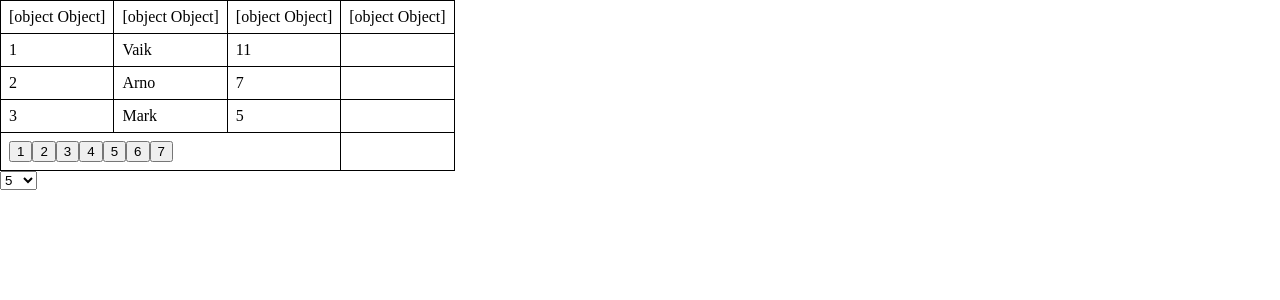
Repository: ArusyakAghajanyan/dataTable
Page: index.html
An editor plug-in stored every save of this project. The page is shown before and after a run of saves, followed by the edit.
The browser window is 1280 px wide. The pictures show the whole page.

Above is the page before, as saved 2022-08-08 23:24:17.

### index.html
<!DOCTYPE html>
<html lang="en">
<head>
    <meta charset="UTF-8">
    <meta http-equiv="X-UA-Compatible" content="IE=edge">
    <meta name="viewport" content="width=device-width, initial-scale=1.0">
    <link rel="stylesheet" href="./assets/css/style.css">
    <title>DataTable</title>
</head>
<body>
    <div class="data-table-container">


    </div>
    <script src="./assets/js/index.js" type="module"></script>
</body>
</html>

### assets/css/style.css
@import url("./reset.css");
@import url("./main.css");

### assets/js/index.js
import DataTable from './DataTable.js';

// const columns = ['id', 'name', 'age'];

const columnsObject = [
    {
        value: 'ID',
        dataIndex: 'id',
    },
    {
        value: 'Name',
        dataIndex: 'name',
    },
    {
        value: 'Age',
        dataIndex: 'age',
    },
    {
        value: 'Delete',
        dataIndex: 'delete',
    },
];


const data = [

{
    id: 1,
    name: 'Vaik',
    age: 11,
},
{
    id: 2,
    name: 'Arno',
    age: 7,
},
{
    id: 3,
    name: 'Mark',
    age: 5,
},
{
    id: 4,
    name: 'Alik',
    age: 110,
},
{
    id: 5,
    name: 'Alex',
    age: 70,
},
{
    id: 6,
    name: 'Marat',
    age: 50,
},
{
    id: 7,
    name: 'Vanik',
    age: 50,
},
{
    id: 8,
    name: 'Seroj',
    age: 21,
},
{
    id: 9,
    name: 'Stepan',
    age: 59,
},
{
    id: 10,
    name: 'Avag',
    age: 5,
},
{
    id: 11,
    name: 'Tigran',
    age: 15,
},
{
    id: 12,
    name: 'Berta',
    age: 79,
},
{
    id: 13,
    name: 'Karin',
    age: 53,
},
{
    id: 14,
    name: 'Hmayak',
    age: 18,
},
{
    id: 15,
    name: 'Hamest',
    age: 89,
},
{
    id: 16,
    name: 'Lilit',
    age: 65,
},
{
    id: 17,
    name: 'Lia',
    age: 45,
},
{
    id: 18,
    name: 'Lenur',
    age: 40,
},
{
    id: 19,
    name: 'Mher',
    age: 36,
},
{
    id: 20,
    name: 'Papin',
    age: 36,
}
];
const options = {
    dataCount: 5,
}


const dataTable = new DataTable(columnsObject,data,options);
const $dataTableContainer = document.querySelector('.data-table-container');
dataTable.createTable($dataTableContainer);
// Element.prototype.dataTable = function(){

// };
// const $table = document.querySelector('.data-table-container');

### assets/css/reset.css
html, body, div, span, applet, object, iframe,
h1, h2, h3, h4, h5, h6, p, blockquote, pre,
a, abbr, acronym, address, big, cite, code,
del, dfn, em, img, ins, kbd, q, s, samp,
small, strike, strong, sub, sup, tt, var,
b, u, i, center,
dl, dt, dd, ol, ul, li,
fieldset, form, label, legend,
table, caption, tbody, tfoot, thead, tr, th, td,
article, aside, canvas, details, embed,
figure, figcaption, footer, header, hgroup,
menu, nav, output, ruby, section, summary,
time, mark, audio, video {
  margin: 0;
  padding: 0;
  border: 0;
  font-size: 100%;
  font: inherit;
  vertical-align: baseline;
}
/* HTML5 display-role reset for older browsers */
article, aside, details, figcaption, figure,
footer, header, hgroup, menu, nav, section {
  display: block;
}
body {
  line-height: 1;
}
ol, ul {
  list-style: none;
}
blockquote, q {
  quotes: none;
}
blockquote:before, blockquote:after,
q:before, q:after {
  content: '';
  content: none;
}
table {
  border-collapse: collapse;
  border-spacing: 0;
}
a {
  text-decoration: none;
  color: inherit;
}
*, *::before, *::after {
  box-sizing: border-box;
}

### assets/css/main.css
table, tr, td, th {
border: solid 1px #000000;
}
table {
    border-collapse: collapse;
}
th, td{
    padding: 8px;
}

### assets/js/DataTable.js
class DataTable {
    constructor(columns = [], data = []) {
      this.columns = columns;
      this.data = data;
    }

    createTable() {
      const dataCount = 3;
      this.dataCount = dataCount;
      const $table = document.createElement('table');
      this.$table = $table;
      const $dataTableContainer = document.querySelector('.data-table-container');
      $dataTableContainer.appendChild($table);
      this.createThead();
      this.createTbody();
      this.renderData(dataCount);
      this.createPagination();
      this.createPageSelect();
    }

    createThead() {
      const $thead = document.createElement('thead');
      const $tr = document.createElement('tr');
      this.columns.forEach((column) => {
        const $th = document.createElement('th');
        $th.innerHTML = column;
        $tr.appendChild($th);
      });
      $thead.appendChild($tr);
      this.$table.appendChild($thead);
    }

    createTbody() {
      const $tbody = document.createElement('tbody');
      this.$tbody = $tbody;
      this.$table.appendChild($tbody);
    }

    renderData(dataCount, rData) {
      if (!rData) rData = this.data;
      rData.every((item, index) => {
        if(index === dataCount) return;
        const $tr = document.createElement('tr');
        for (const key in item){
            const $td = document.createElement('td');
            $td.innerHTML = item[key];
            $tr.appendChild($td);
        }
        this.$tbody.appendChild($tr);
        return $tr;
    });
    }
    createPagination(){
        const $tpage = document.createElement('tr');
        const $td = document.createElement('td');
        const attr = document.createAttribute("colspan");
        const per = Math.ceil(this.data.length / this.dataCount)
        attr.value = "3";
        $td.setAttributeNode(attr);
        for (let btnCount = 1; btnCount <= per; btnCount++){
            const $btn = document.createElement('button');
            $btn.addEventListener('click', ()=>{
                this.$tbody.innerHTML = '';
                let pageNumber = $btn.innerText;
                let start = (pageNumber - 1) * this.dataCount;
                let end = start + this.dataCount;
                let forRender = this.data.slice(start, end);
                this.renderData(this.dataCount, forRender);
            });
            $td.appendChild($btn);
            $btn.innerHTML = btnCount;
            $tpage.appendChild($td);
        }
        this.$table.appendChild($tpage);
    }

    createPageSelect(){
        const $select = document.createElement("select")
        document.querySelector('.data-table-container').appendChild($select);
        const options = [5, 10, 20, 25];

        options.forEach((item) => {
            const $option = document.createElement('option');
            $option.innerHTML = item;
            $select.appendChild($option);
        });

       $select.addEventListener('change', (e) => {
           e.target.value;
           this.perPager = e.target.value;
           console.log(e.target.value)
       });
    }
  }

  export default DataTable;

After the next 7 saves:
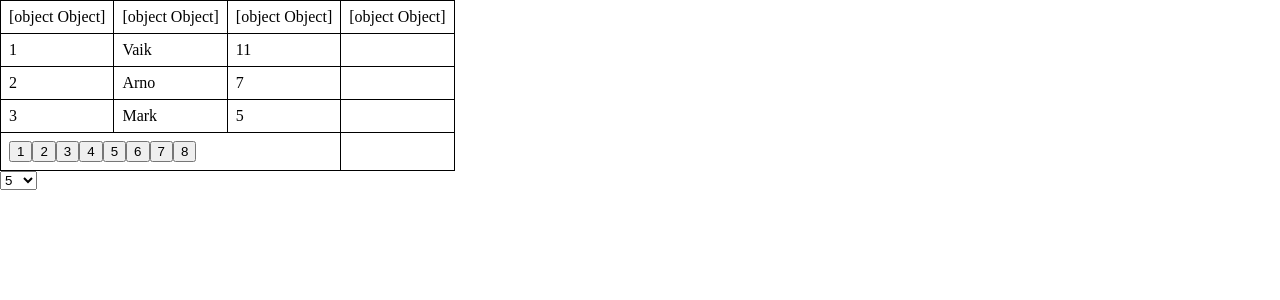
The 7 saves are shown as one change because they came seconds apart.
The last was saved 11 h 11 min later.
--- a/assets/js/index.js
+++ b/assets/js/index.js
@@ -123,6 +123,16 @@ const data = [
     id: 20,
     name: 'Papin',
     age: 36,
+},
+{
+    id: 21,
+    name: 'Mika',
+    age: 36,
+},
+{
+    id: 21,
+    name: 'Papin',
+    age: 36,
 }
 ];
 const options = {
